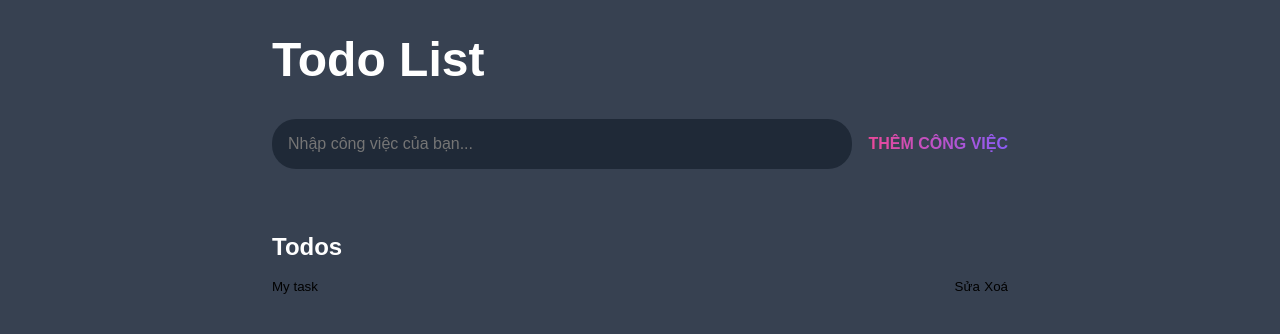
Repository: ntheanh/Todo-List
Page: index.html
These files come from the project's save history. The page is drawn as it stood at one moment and after the next save; the edit follows.
The browser window is 1280 px wide. The pictures show the whole page.
The style sheet was rebuilt from its Sass, Less or Tailwind sources for each picture, by a compiler version that may differ from the author's.

Above is the page before, as saved 2023-03-15 22:55:56.

After the next save:
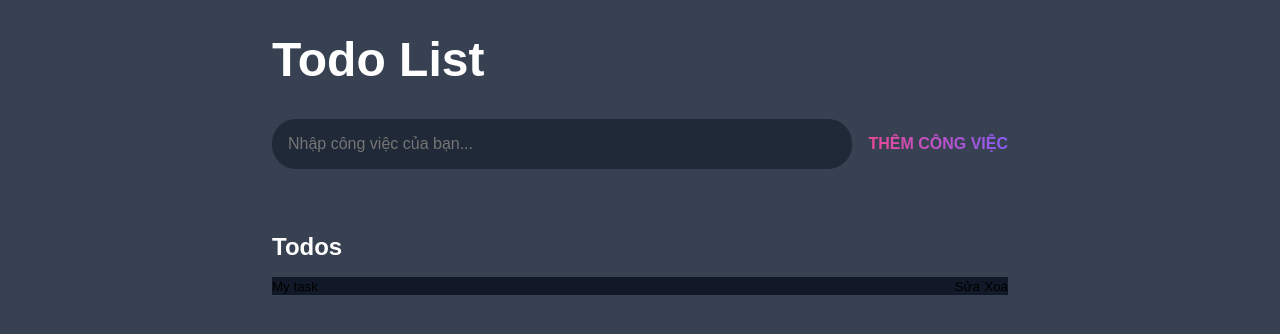
Saved 57 s later.
--- a/style.scss
+++ b/style.scss
@@ -87,6 +87,7 @@ main {
     #tasks .task {
       display: flex;
       justify-content: space-between;
+      background: var(--darkest);
     }
   }
 }
